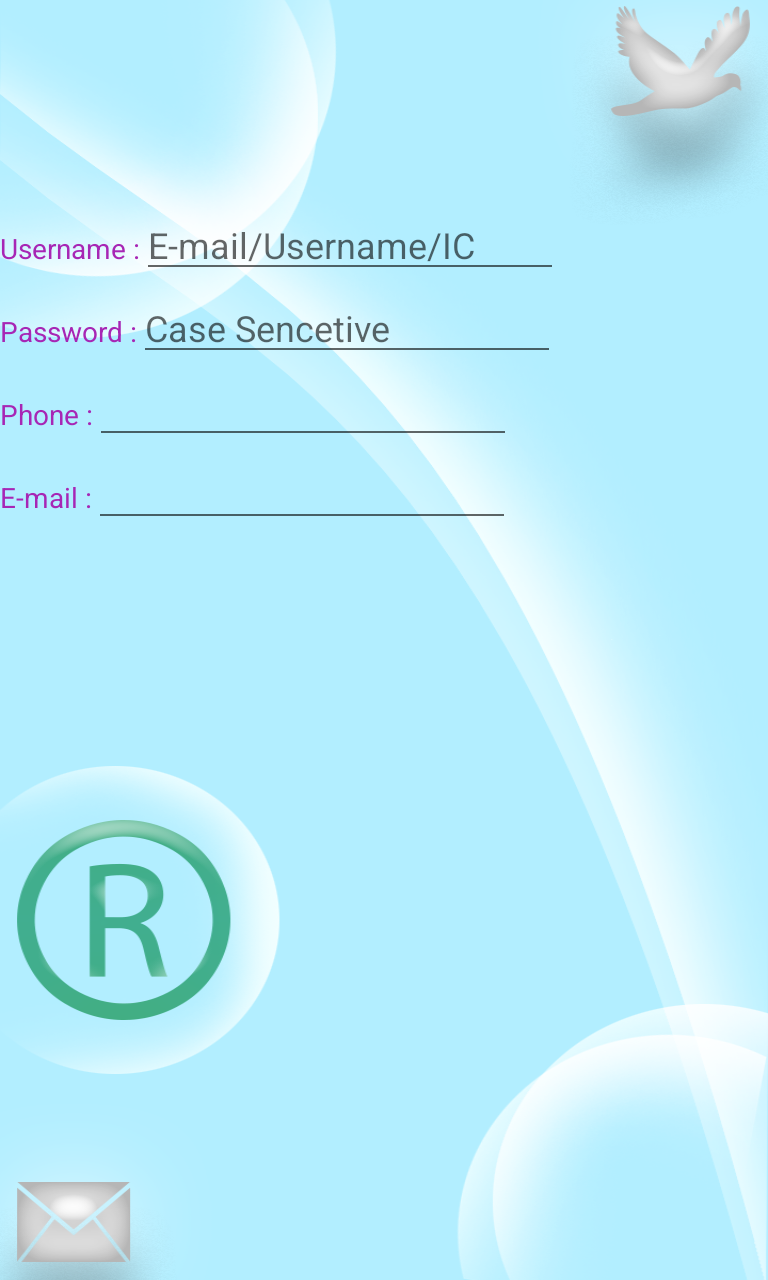
Repository: JodyCoolit/android
Layout: Delivery/res/layout/activity_signup.xml
These files come from the project's save history. The layout is drawn as it stood at one moment and after the next save; the edit follows.
It is drawn on a 768 x 1280 px phone screen (xhdpi) without system bars, with theme AppTheme; the app's code is not run.

Above is the layout before, as saved 2014-08-22 02:21:38.

After the next save:
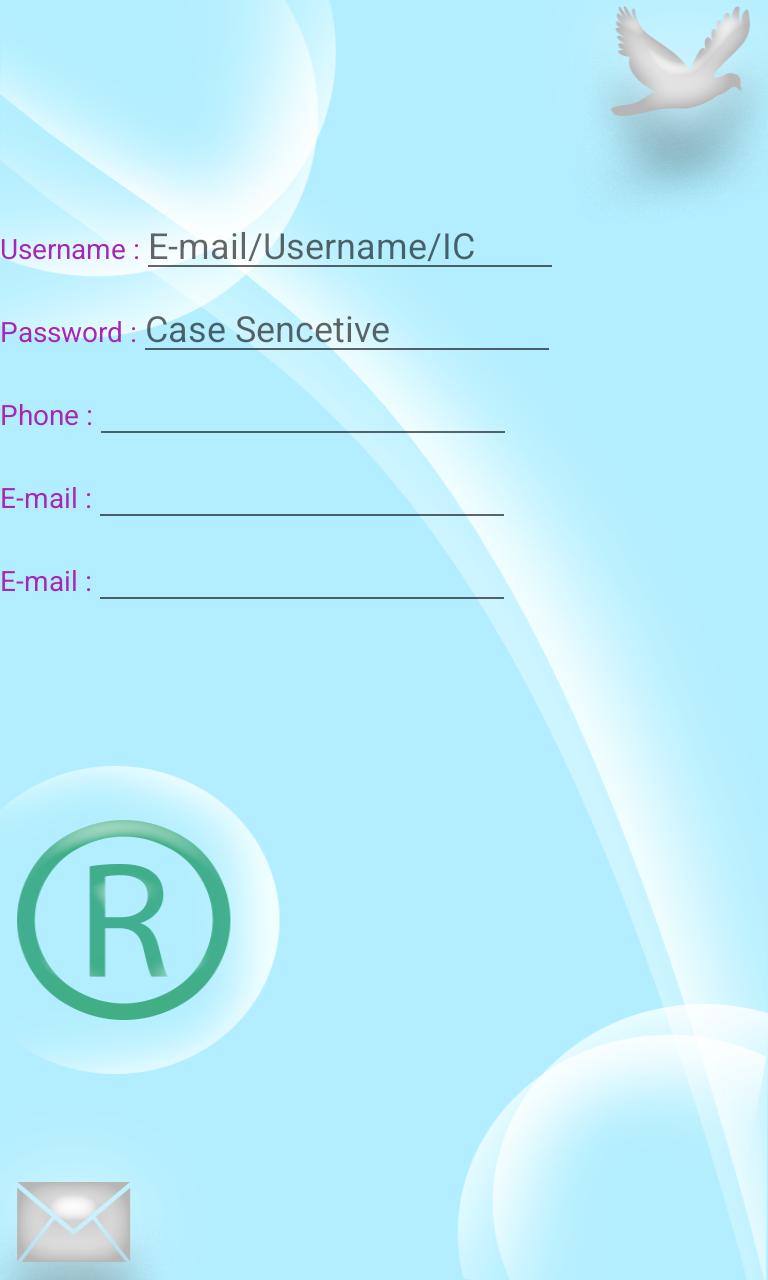
Saved 17 s later.
--- a/Delivery/res/layout/activity_signup.xml
+++ b/Delivery/res/layout/activity_signup.xml
@@ -87,4 +87,24 @@
 		    android:ems="10"
 		    android:textColor="#26B58F" />
 	</LinearLayout>
+
+	<LinearLayout
+	    android:layout_width="match_parent"
+   		android:layout_height="wrap_content"
+	    android:orientation="horizontal"
+	    >
+		 <TextView
+		    android:id="@+id/tv_signup_email"
+		    android:layout_width="wrap_content"
+		    android:layout_height="wrap_content"
+		    android:text="@string/tv_signup_email"
+		    android:textColor="#A726B5" />
+
+		<EditText
+		    android:id="@+id/et_signup_email"
+		    android:layout_width="wrap_content"
+		    android:layout_height="wrap_content"
+		    android:ems="10"
+		    android:textColor="#26B58F" />
+	</LinearLayout>
 </LinearLayout>
